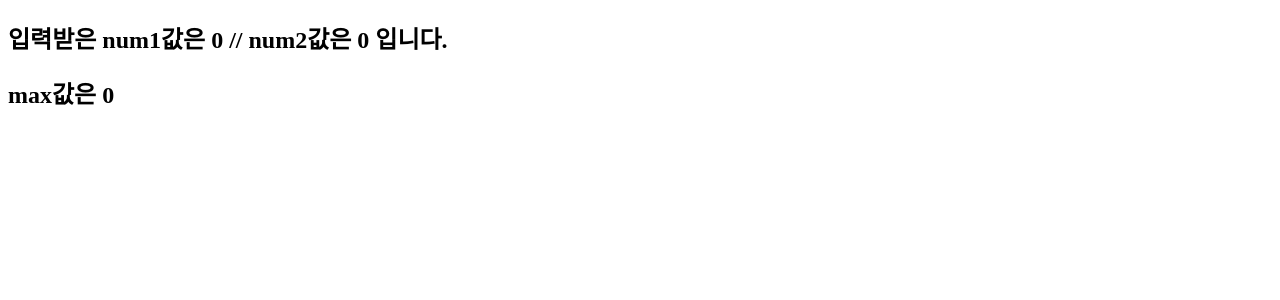
Repository: redi961/JSP_Studying
Page: http://localhost/MustHaveJSP/Calc.jsp
The author's editor kept a copy of each file at every save. The page is drawn from the files as they stood at one save, then again after a run of saves.
The browser window is 1280 px wide. The pictures show the whole page.
The page is served by Tomcat 9. Other server files are loaded and not shown.

Above is the page before, as saved 2022-10-06 03:51:34.

### MustHaveJSP/src/main/webapp/Calc.jsp
<%@ page language="java" contentType="text/html; charset=UTF-8"
    pageEncoding="UTF-8"%>
<%  int num1 = 0;
int num2 = 0;

String snum1 = request.getParameter("num1");
String snum2 = request.getParameter("num2");

if(snum1!=null && snum1.equals("")==false) {
	num1 = Integer.parseInt(snum1);
}
if(snum2!=null && snum2.equals("")==false) {
	num2 = Integer.parseInt(snum2);
}

int max;
int min;

if (num1 < num2) {
	max = num2;
	min = num1;
} else {
	max = num1;
	min = num2;
}
max = (num1<num2)?num2:num1;
min = (num1<num2)?num1:num2;

%>
<!DOCTYPE html>
<html>
<head>
<meta charset="UTF-8">
<title>Insert title here</title>
</head>
<body>
<!-- 주소 뒤 ? 변수= 변수입력을 통하여 변수 변경 가능 -->
<h2>입력받은 num1값은 <%=num1%> // num2값은 <%=num2%> 입니다.</h2>
<h2>max값은 <%=max %></h2>

</body>
</html>

After the next 3 saves:
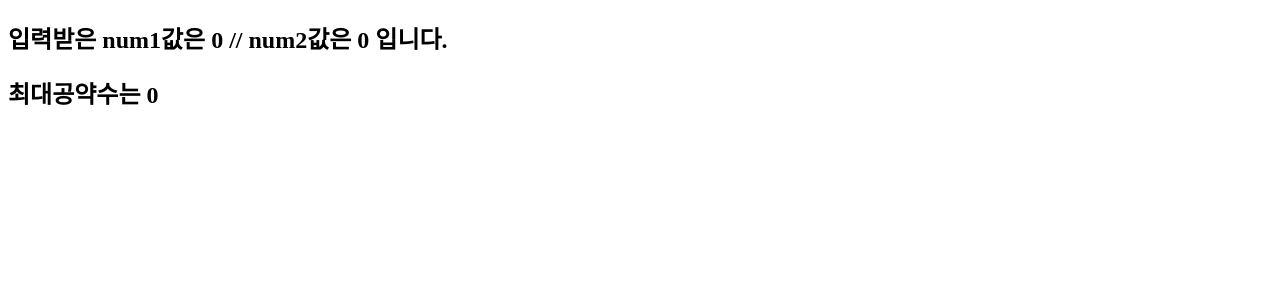
The 3 saves are shown as one change because 2 did not build or start.
The last was saved 83 s later.
--- a/MustHaveJSP/src/main/webapp/Calc.jsp
+++ b/MustHaveJSP/src/main/webapp/Calc.jsp
@@ -26,6 +26,7 @@ if (num1 < num2) {
 max = (num1<num2)?num2:num1;
 min = (num1<num2)?num1:num2;
 
+
 %>
 <!DOCTYPE html>
 <html>
@@ -36,7 +37,7 @@ min = (num1<num2)?num1:num2;
 <body>
 <!-- 주소 뒤 ? 변수= 변수입력을 통하여 변수 변경 가능 -->
 <h2>입력받은 num1값은 <%=num1%> // num2값은 <%=num2%> 입니다.</h2>
-<h2>max값은 <%=max %></h2>
+<h2>최대공약수는 <%=min %></h2>
 
 </body>
 </html>
